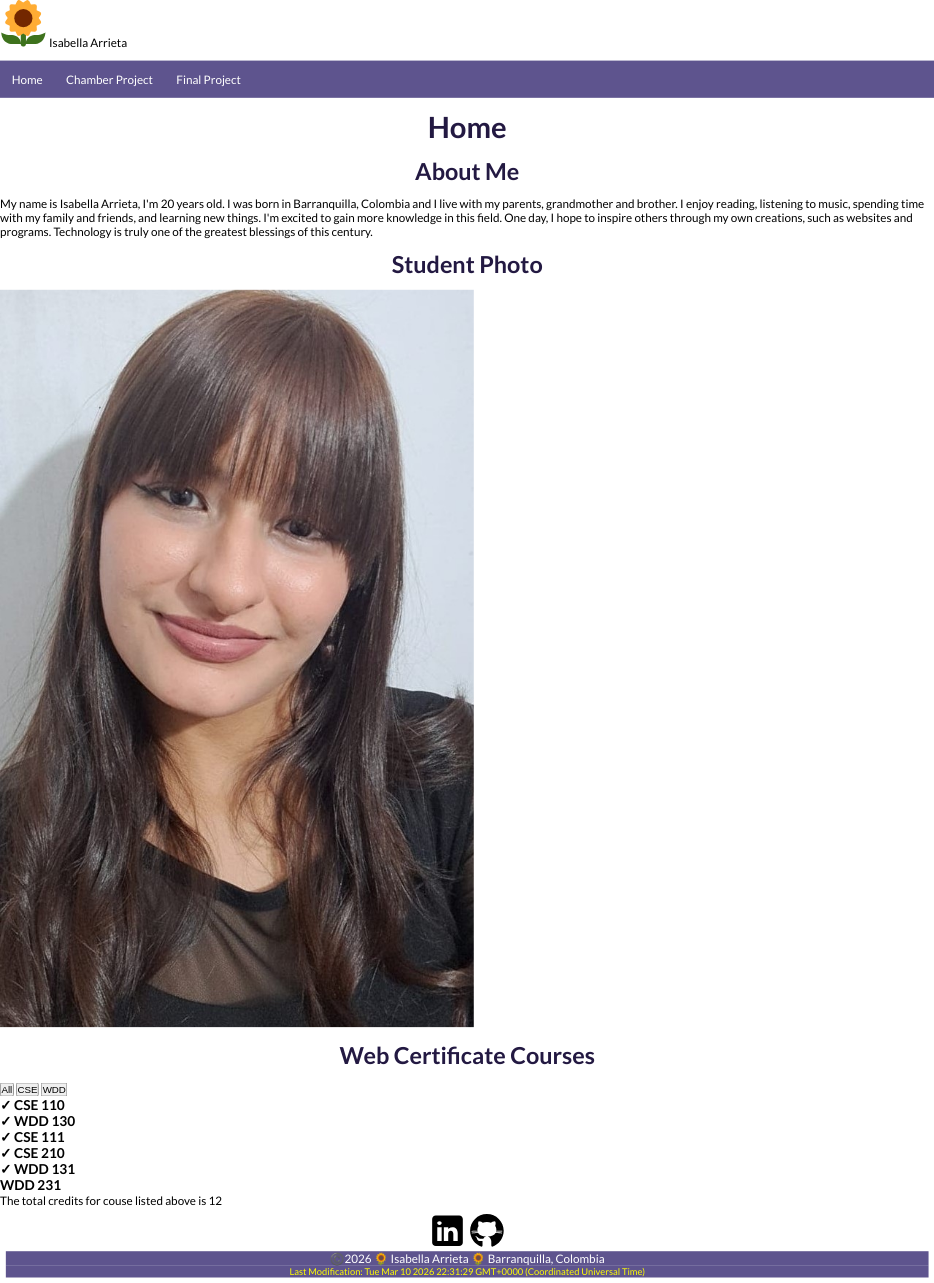
Repository: isaAJ05/wdd231
Page: index.html
These files come from the project's save history. The page is drawn as it stood at one moment and after a run of saves; the edit follows.
The browser window is 1280 px wide. The pictures show the whole page, at 73% of full size.
Some web fonts or font styles are not loaded; a fallback is used.

Above is the page before, as saved 2026-03-10 23:39:10.

After the next 2 saves:
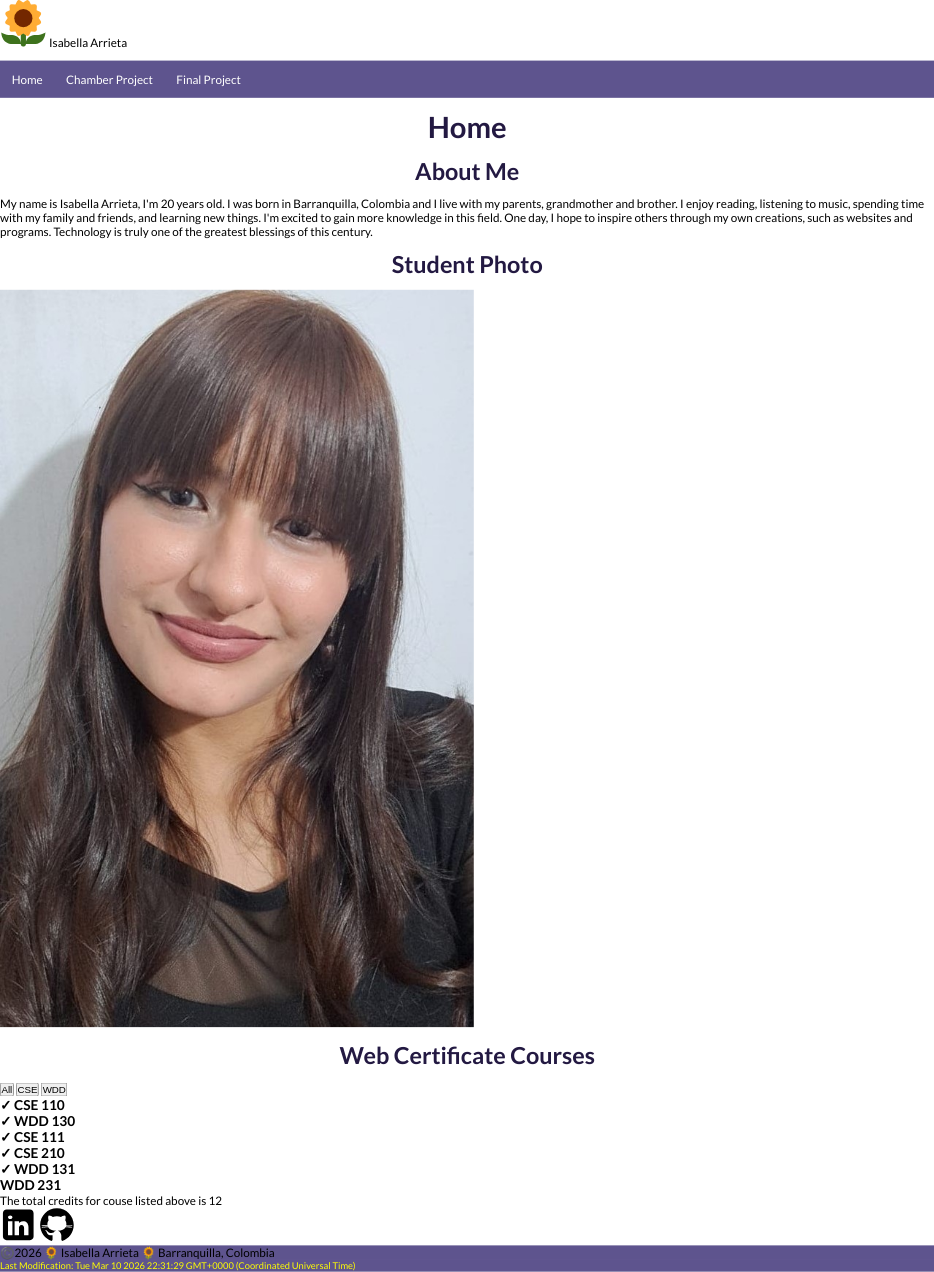
The 2 saves are shown as one change because they came seconds apart.
The last was saved 17 s later.
--- a/styles/normalize.css
+++ b/styles/normalize.css
@@ -82,6 +82,7 @@ nav {
 	content: "📍";  /* just a wayfinding symbol for the user */
 }
 
+.ca
 
 footer {
     color:  #fff;
